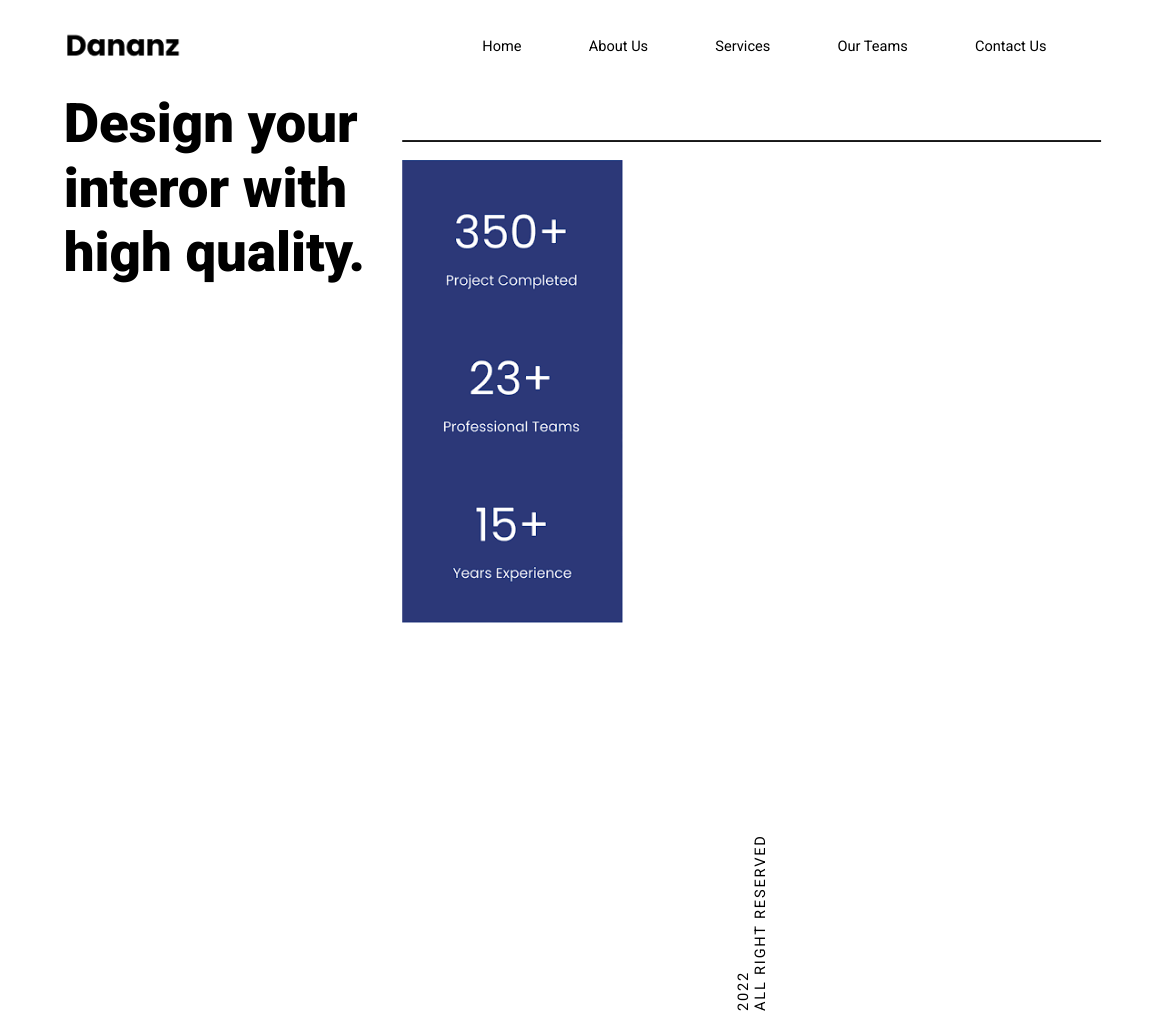
Repository: AsadKasimov/disain
Page: index.html
The author's editor kept a copy of each file at every save. The page is drawn from the files as they stood at one save, then again after the next save.
The browser window is 1280 px wide. The pictures show the whole page, at 91% of full size.

Above is the page before, as saved 2023-04-20 12:45:25.

### index.html
<!DOCTYPE html>
<html lang="en">
<head>
    <meta charset="UTF-8">
    <meta http-equiv="X-UA-Compatible" content="IE=edge">
    <meta name="viewport" content="width=device-width, initial-scale=1.0">
    <title>F</title>
    <link rel="stylesheet" href="./style.css">
</head>
<body>

    <div class="wrapper">
        <header class="header">
            <!-- Шапка -->
            <div class="logo">
                <img src="./img/Dananz.png" alt="">
            </div>

            <!-- Меню сайта -->
            <nav class="nav">
                <ul>
                    <li>Home</li>
                    <li>About Us</li>
                    <li>Services</li>
                    <li>Our Teams</li>
                    <li>Contact Us</li>

                </ul>
            </nav>

            <!-- Иконка бургерменю -->
            <div class="burger">
                <span></span>
            </div>
        </header>
        <div class="menu">
            <div class="text-menu">
                <h1>Design your interor with high quality.</h1>
            </div>
            <div class="text-line">
                <hr class="text-line-l">
                <div class="h-pic">
                    <img src="./img/rec.png" alt="">

                </div>
                <div class="img-t">
                   <p>2022<br>ALL RIGHT RESERVED</p>
                </div>
            </div>


        </div>
        <div class="h-pic2">
            <img src="./img/rec.png" alt="">
        </div>
    </div>



    <script>
        document.querySelector('.burger').addEventListener('click', function() {
            this.classList.toggle('active');
            document.querySelector('.nav').classList.toggle('open');
        })
    </script>
</body>
</html>

### style.css
@import url('https://fonts.googleapis.com/css2?family=Roboto:ital,wght@0,100;0,300;0,400;0,500;0,900;1,100;1,300;1,400;1,500;1,700;1,900&display=swap');

html, body {
  height: 100%;
  width: 100%;

}

body {
  display: flex;
  flex-direction: column;
  font-family: 'Roboto', sans-serif;
  background-color: #fff;
  /* overflow: hidden; */

}

*{
  padding: 0;
  margin: 0;
  box-sizing: border-box;
}

.wrapper{
  flex-grow: 1;
}

.open{
  display: flex !important;
}

.header{
  display: flex;
  align-items: center;
  justify-content: space-between;
  min-height: 100px;
  background-color: #fff;
  color: #000;
  padding: 0 90px;
}

.logo{
  display: flex;
  justify-content: center;
  flex-direction: column;
  align-items: center;

  width: 90px;
  height: 90px;
}

.nav{
  display: flex;
  width: 700px;
  padding: 0 40px;
}

.nav ul{
  width: 100%;
  list-style: none;
  display: flex;
  justify-content: space-between;
}

.burger{
  display: none;
  position: relative;
  z-index: 50;
  align-items: center;
  justify-content: flex-end;
  width: 30px;
  height: 18px;
}

.burger span{
  height: 2px;
  width: 80%;
  transform: scale(1);
  background-color: #000;
}

.burger::before, .burger::after{
  content: '';
  position: absolute;
  height: 2px;
  width: 100%;
  background-color: #000;
  transition: all 0.3s ease 0s;
}

.burger::before { top: 0 }

.burger::after { bottom: 0 }


.burger.active span { transform: scale(0) }

.burger.active::before{
  top: 50%;
  transform: rotate(-45deg) translate(0, -50%);
}

.burger.active::after{
  bottom: 50%;
  transform: rotate(45deg) translate(0, 50%);
}

h1 {
  display: block;
  font-size: 2em;
  margin-block-start: 0;
  margin-block-end: 0;
  margin-inline-start: 0px;
  margin-inline-end: 0px;
  font-weight: bold;
}

.menu{
  display: flex;
  justify-content: flex-start;
  padding: 0 70px;
  align-items:baseline;

}

.text-menu{
  font-weight: 700;
  font-size: 30px;
  width: 500px;
}

hr.text-line-l{
  border: 1px solid black;
  width: 60vw;

}

.text-line{
  display: flex;
  flex-direction: column;
  gap: 20px;
}

.h-pic2{
  display: none;
}

.img-t{
  text-transform: uppercase;
  letter-spacing: 2px;
  display: flex;
  align-items:flex-start;
  max-height: max-content;
  transform: rotate(-90deg);
}

@media (max-width: 700px) {

  .h-pic{
    display: none;
  }


  .h-pic2{
    display: block;
  }


  hr.text-line-l {
    border: 1px solid black;
    height: 100%;
    width: 0px;
  }



  .menu{
    display: flex;
    justify-content: flex-start;
    padding: 0 20px;
    align-items:normal;
    gap: 23%;
  }

  .text-menu{
    width: 70%;
    font-size: 22px;

  }

  .header{
    display: flex;
    align-items: center;
    justify-content: space-between;
    min-height: 100px;
    background-color: #fff;
    color: #000;
    padding: 0 40px;
  }

  .nav{
    display: flex;
    width: 700px;
    padding: 0 40px;
  }

  .burger { display: flex }

  .nav{
      display: none;
      flex-direction: column;
      position: fixed;
      height: 100%;
      width: 100%;
      top: 0; bottom: 0; left: 0; right: 0;
      z-index: 50;
      overflow-y: auto;
      padding: 50px 40px;
      background-color: ghostwhite;

  }

  .nav ul{
      flex-direction: column;
      row-gap: 30px;
  }
}

After the next save:
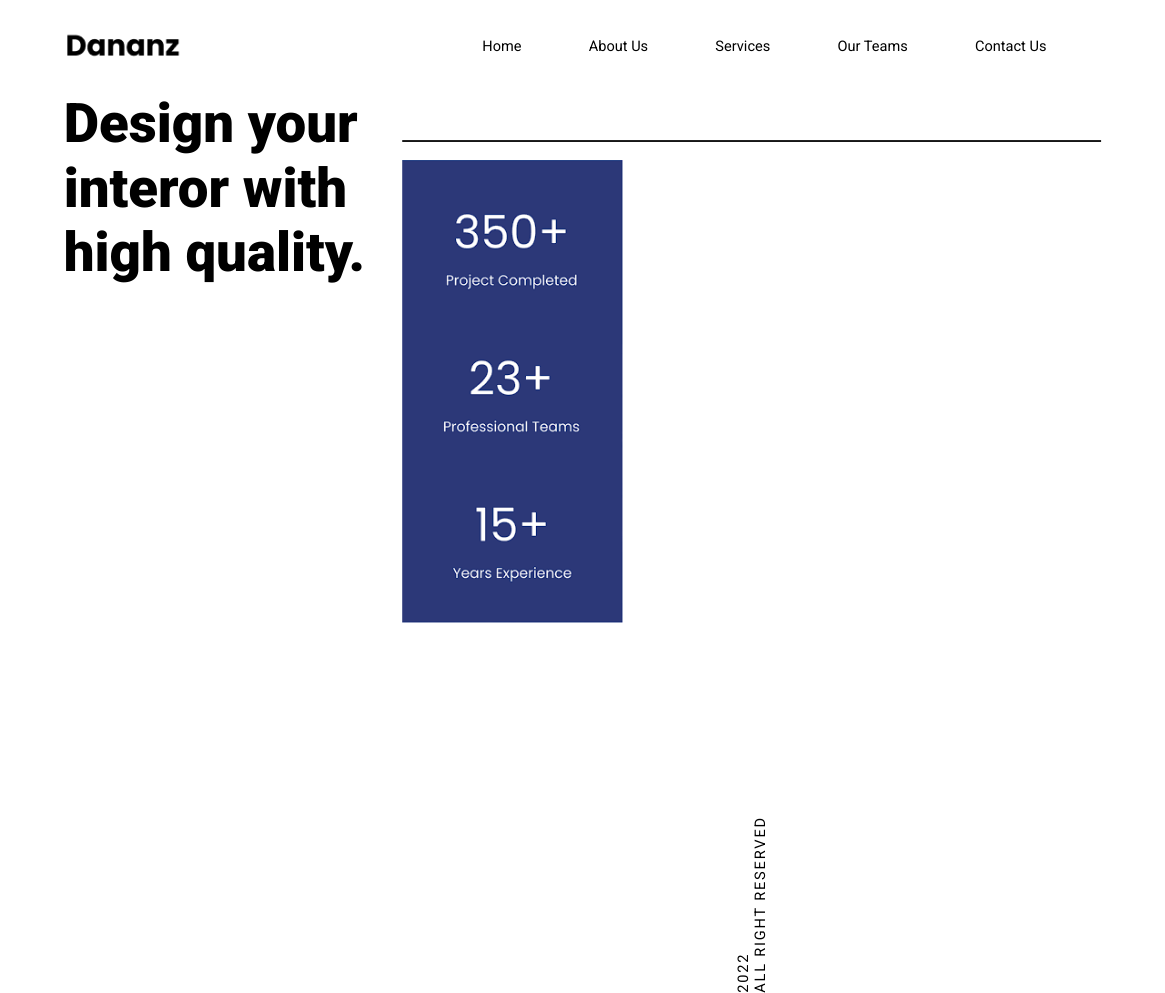
Saved 5 s later.
--- a/index.html
+++ b/index.html
@@ -41,11 +41,11 @@
                 <hr class="text-line-l">
                 <div class="h-pic">
                     <img src="./img/rec.png" alt="">
-
-                </div>
-                <div class="img-t">
+                                    <div class="img-t">
                    <p>2022<br>ALL RIGHT RESERVED</p>
                 </div>
+                </div>
+
             </div>
 
 
